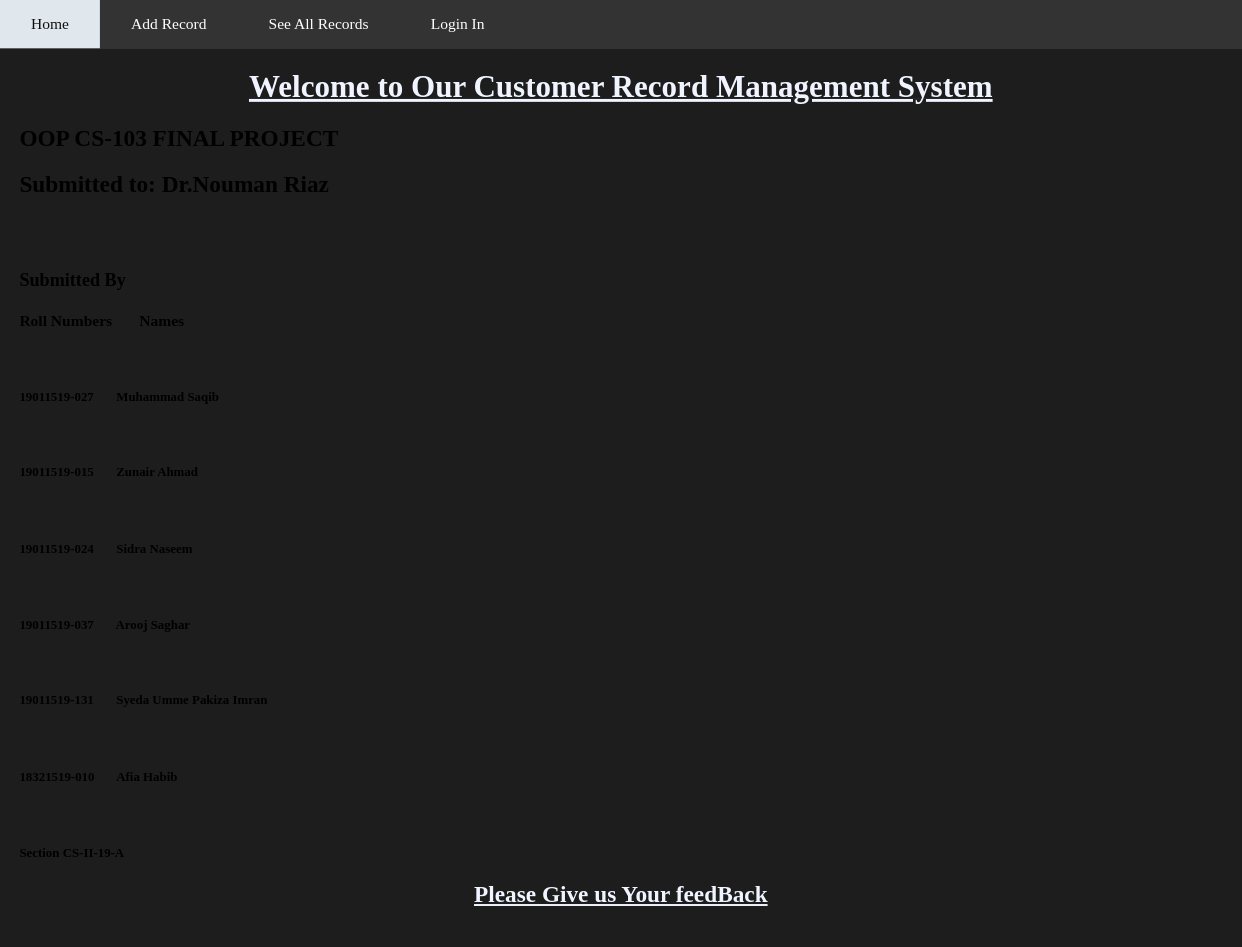
Repository: MUHAMMAD-SAQIB-2000/SpringBoot
Page: http://localhost/WebServiceRecordManagementSystem/home.jsp
The author's editor kept a copy of each file at every save. The page is drawn from the files as they stood at one save, then again after the next save.
The browser window is 1280 px wide. The pictures show the whole page, at 97% of full size.
The page is served by Tomcat 9. Other server files are loaded and not shown.

Above is the page before, as saved 2020-08-12 16:30:30.

### WebServiceRecordManagementSystem/src/main/webapp/home.jsp
<%@ page language="java" contentType="text/html; charset=ISO-8859-1"
	pageEncoding="ISO-8859-1"%>
<!DOCTYPE html>
<html>
<head>
<meta charset="ISO-8859-1">
<title>Record Management System</title>
<link rel="stylesheet" href="style.css">
</head>
<body>
	<div>
		<ul>
			<li><a class="active" onclick="window.location.href = '${pageContext.request.contextPath}/home'">Home</a></li>
			<li><a onclick="window.location.href = '${pageContext.request.contextPath}/addCustomerForm'">Add Record</a></li>
			<li><a onclick="window.location.href = '${pageContext.request.contextPath}/displayAllCustomers'">See All Records</a></li>
			<li><a href="#about">Login In</a></li>
		</ul>
	</div>

	<div class="mainBody">
		<h1 class="h">Welcome to Our Customer Record Management System</h1>
		<h2>OOP CS-103 FINAL PROJECT</h2>
		<h2><bold>Submitted to:</bold> Dr.Nouman Riaz </h2>
		<br><br>
		<h3>Submitted By </h3>
		<h4>Roll Numbers &nbsp;&nbsp;&nbsp;&nbsp;&nbsp; Names</h4>
		<br>
		<h5>19011519-027 &nbsp;&nbsp;&nbsp;&nbsp;&nbsp; Muhammad Saqib</h5>
		<br>
		<h5>19011519-015 &nbsp;&nbsp;&nbsp;&nbsp;&nbsp; Zunair Ahmad</h5>
		<br>
		<h5>19011519-024 &nbsp;&nbsp;&nbsp;&nbsp;&nbsp; Sidra Naseem</h5>
		<br>
		<h5>19011519-037 &nbsp;&nbsp;&nbsp;&nbsp;&nbsp; Arooj Saghar</h5>
		<br>
		<h5>19011519-131 &nbsp;&nbsp;&nbsp;&nbsp;&nbsp; Syeda Umme Pakiza Imran</h5>
		<br>
		<h5>18321519-010 &nbsp;&nbsp;&nbsp;&nbsp;&nbsp; Afia Habib</h5>
		<br>
		<h5><bold> Section</bold> CS-II-19-A</h5>

		<h2 class="h">Please Give us Your feedBack</h2>
	</div>

</body>
</html>

### WebServiceRecordManagementSystem/src/main/webapp/style.css
@charset "ISO-8859-1";

body {
	margin: 0px;
	padding: 0px;
	background-color:#1d1d1d;
}

ul {
	list-style-type: none;
	margin: 0;
	padding: 0;
	overflow: hidden;
	background-color: #333;
	position: fixed;
	top: 0;
	width: 100%;
}

li {
	float: left;
}

li a {
	display: block;
	color: white;
	text-align: center;
	padding: 16px 32px;
	text-decoration: none;
	font-size:16px;
}

li a:hover {
	background-color: #E1E8ED;
	color:#111;
}

.active {
	background-color:#008CBA;
	color:#fff;
	transition-duration: 0.4s;
	cursor: pointer;
}
.mainBody{
	padding: 20px 20px;
	margin-top:30px;
}

.h {
	color: #eff4ff;
	text-align: center;
	text-decoration: underline;
}

table, th, td {
	background-color: #E1E8ED;
	color: #111;
	text-align: center;
	border: 2px solid #008CBA;
	margin: 10px;
	padding: 5px;
}

th:hover, td:hover {
	border: 2px solid #111;
	background-color: #008CBA;
	color: white;
	transition-duration: 0.4s;
	cursor: pointer;
}

.tableCSS {
	background-color: #E1E8ED;
	color: #111;
	margin-top:5%;
	margin-left:20%;
}

.button {
	border: none;
	color: white;
	padding: 8px 24px;
	text-align: center;
	text-decoration: none;
	display: inline-block;
	font-size: 12px;
	margin: 4px 2px;
	transition-duration: 0.4s;
	cursor: pointer;
}

.button2 {
	background-color: #E1E8ED;
	color: black;
	border: 2px solid #008CBA;
}

.button2:hover {
	background-color: #008CBA;
	color: white;
}

.form {
	text-align: left;
	margin-left: 50px;
}

form {
	width: 100%;
	padding: 12px 20px;
	margin: 8px 0;
	box-sizing: border-box;
}

.title {
	font-size: 25px;
	color: #eff4ff;
}
.para{
	font-size: 14px;
	color: #eff4ff;
}
select {
  width: 20%;
  padding: 12px 16px;
  border: none;
  border-radius: 4px;
  background-color: #f1f1f1;
}
.inputForm {
	width: 30%;
	padding: 10px 18px;
	margin: 6px 0;
	box-sizing: border-box;
	background-color: #F7F7F7;
	color: #111;
	border: 2px solid #00aba9;
  	border-radius: 4px;
}
.inputForm:focus {
  border: 3px solid #555;
}
radiobutton {
	size: 10px;
}

option:hover {
	background-color: #008CBA;
	color: white;
}

a {
	text-decoration: none;
	color: #111;
}

a:hover {
	color: #fff;
	font-size: 16px;
}
.foter{
	background-color: #111;
	color:#fff;
	font-size:20px;
}

After the next save:
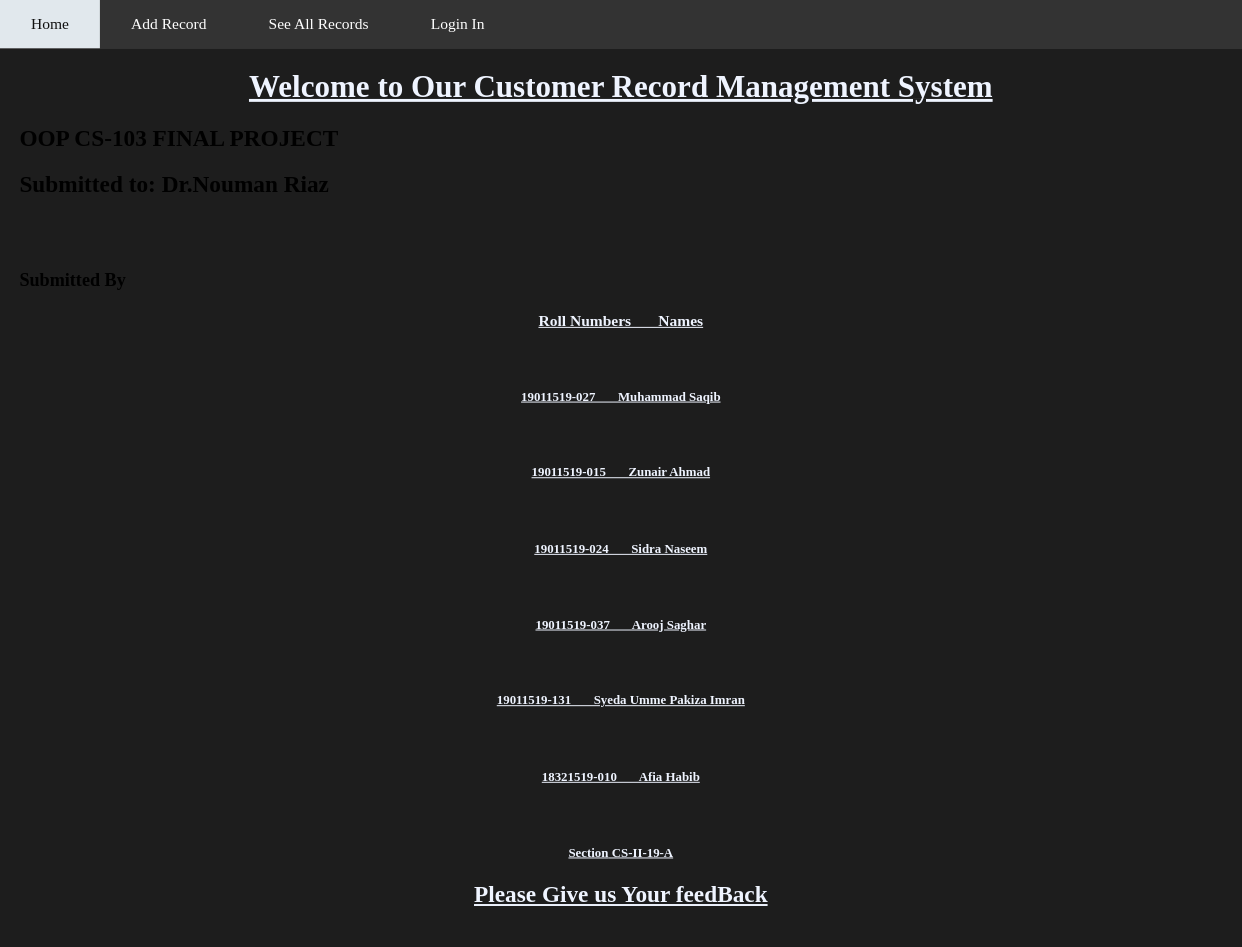
Saved 18 s later.
--- a/WebServiceRecordManagementSystem/src/main/webapp/style.css
+++ b/WebServiceRecordManagementSystem/src/main/webapp/style.css
@@ -46,7 +46,7 @@
 	margin-top:30px;
 }
 
-.h {
+h4,h5,.h {
 	color: #eff4ff;
 	text-align: center;
 	text-decoration: underline;

After the save that followed:
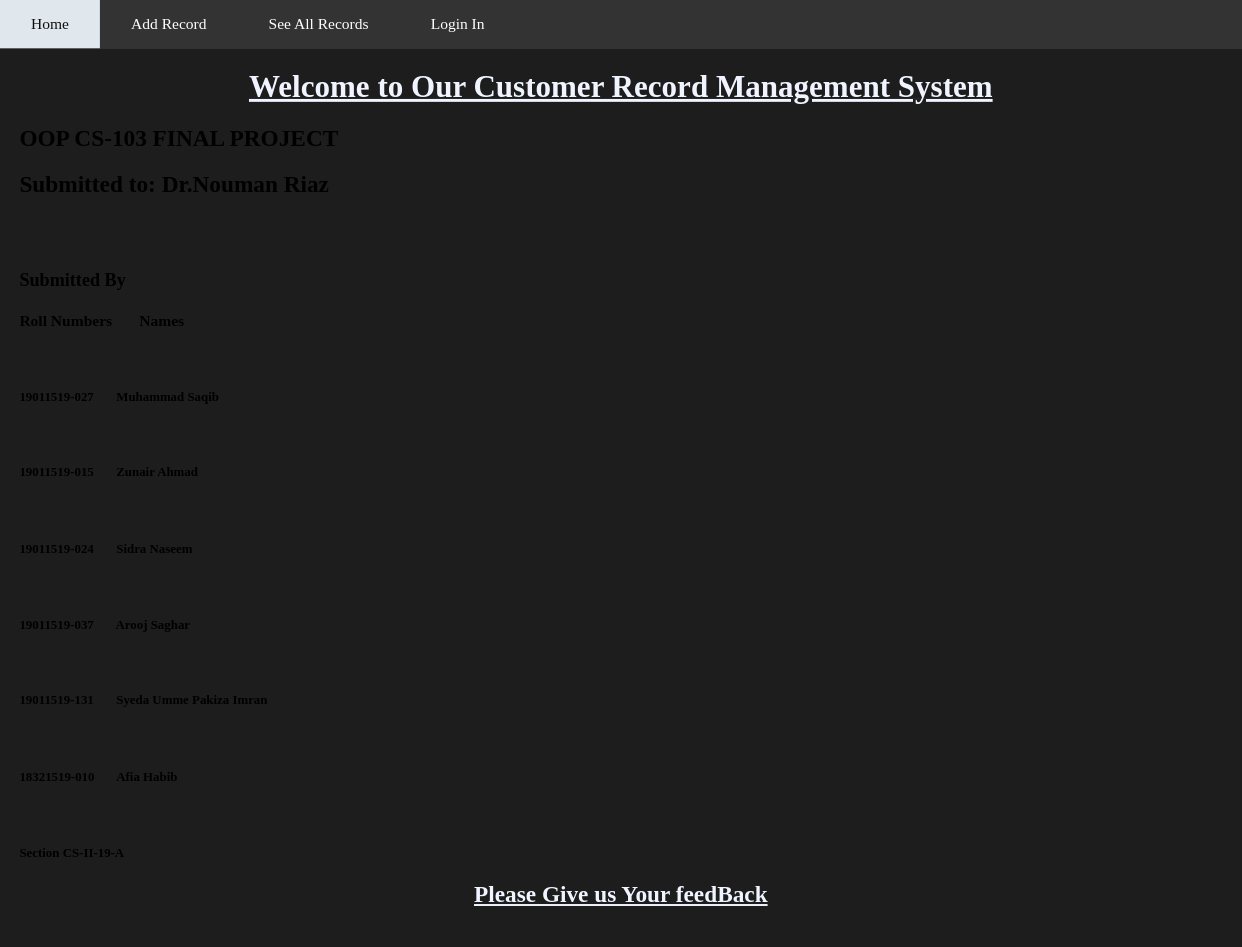
Saved 62 s later.
--- a/WebServiceRecordManagementSystem/src/main/webapp/style.css
+++ b/WebServiceRecordManagementSystem/src/main/webapp/style.css
@@ -46,12 +46,14 @@
 	margin-top:30px;
 }
 
-h4,h5,.h {
+.h {
 	color: #eff4ff;
 	text-align: center;
 	text-decoration: underline;
 }
-
+h2,h3h4,h5,{
+	color: #eff4ff;
+}
 table, th, td {
 	background-color: #E1E8ED;
 	color: #111;
